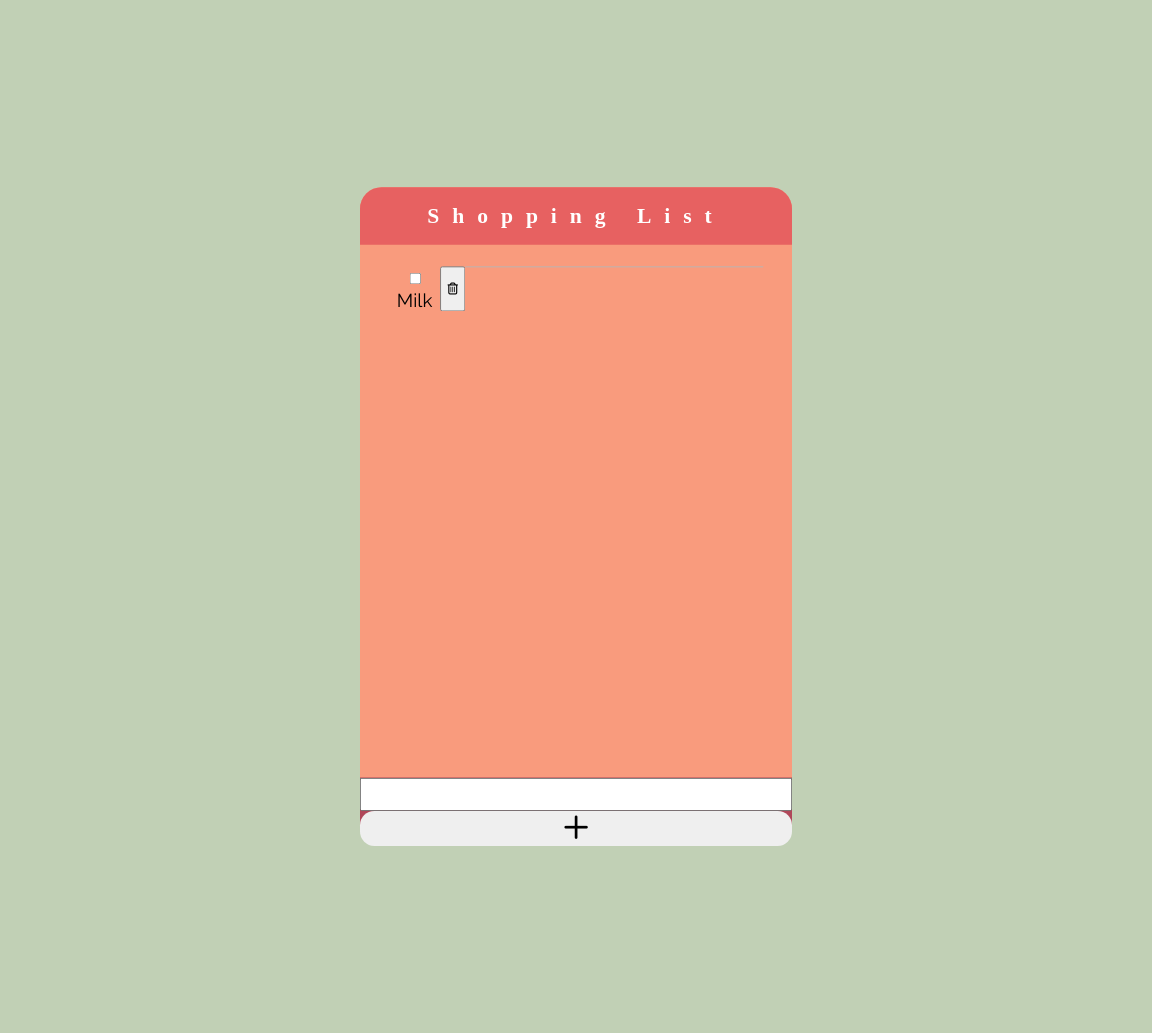
Repository: sephinejo/shopping-list-app
Page: index.html
These files come from the project's save history. The page is drawn as it stood at one moment and after the next save; the edit follows.
The browser window is 1280 px wide. The pictures show the whole page, at 90% of full size.
Some web fonts or font styles are not loaded; a fallback is used. Some web libraries are served in a nearby version.

Above is the page before, as saved 2023-05-12 15:54:48.

After the next save:
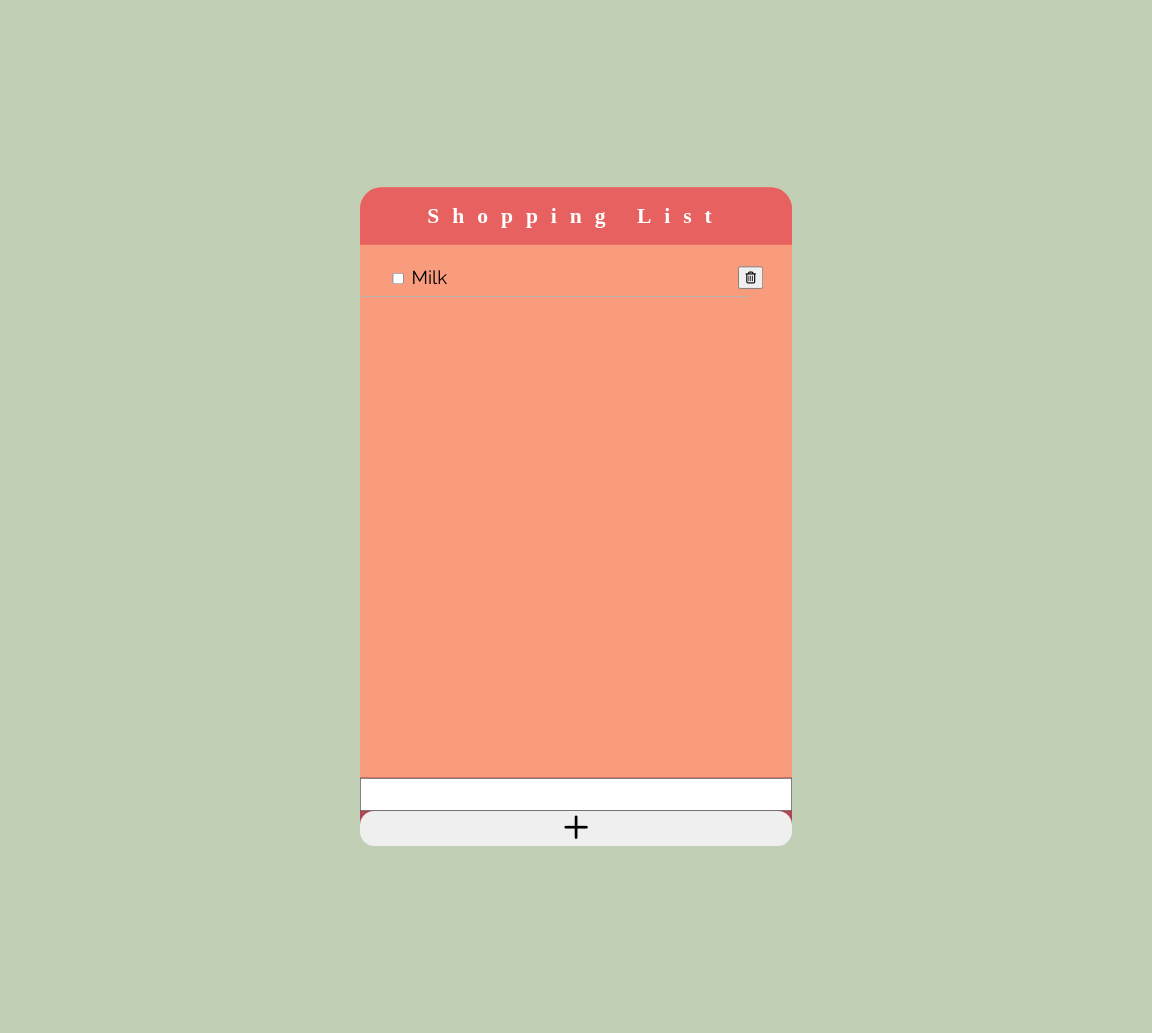
Saved 10 s later.
--- a/index.html
+++ b/index.html
@@ -28,8 +28,8 @@
             <label for="item__checkbox">Milk</label>
           </div>
           <button><i class="fa-regular fa-trash-can"></i></button>
-          <div class="item__divider"></div>
         </li>
+        <div class="item__divider"></div>
       </ul>
       <footer>
         <input class="input" type="text" />
